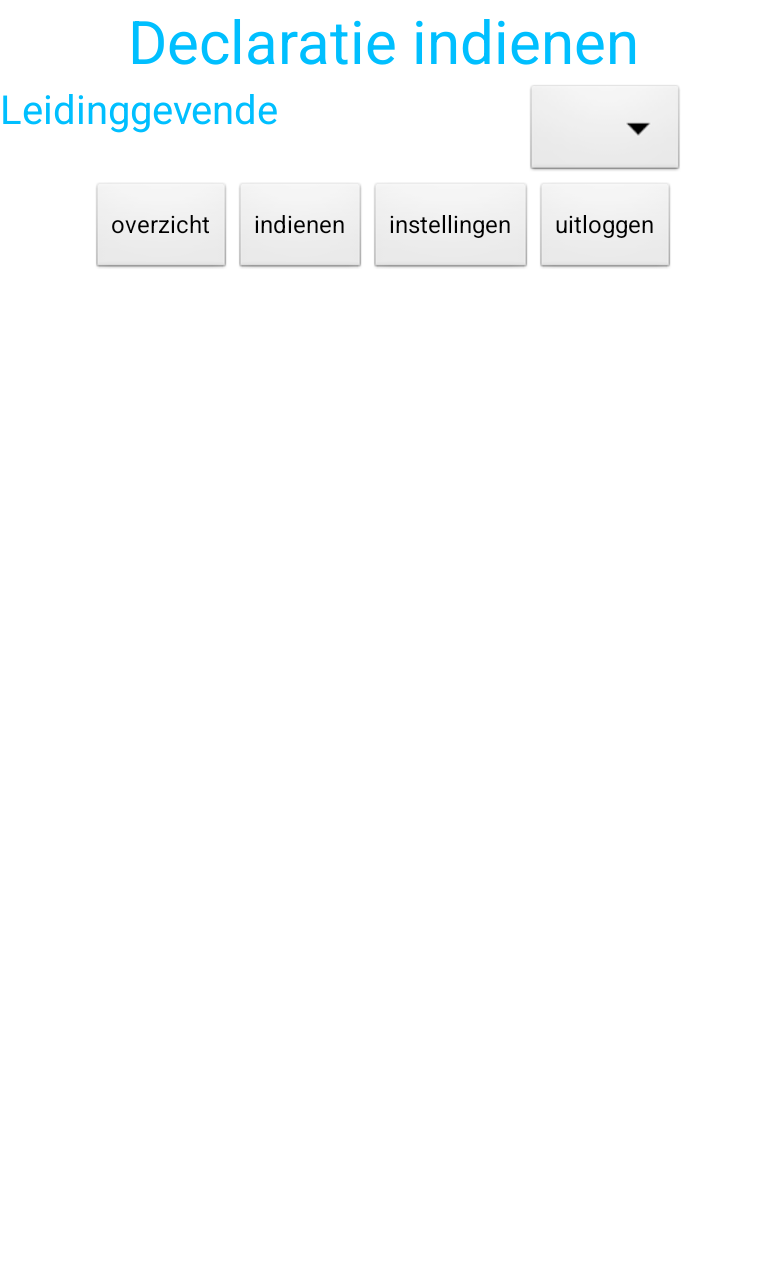
Repository: alexanderbolhuis/ilmoitus_mobile
Layout: LoginActivity/res/layout/activity_declare.xml
The author's editor kept a copy of each file at every save. The layout is drawn from the files as they stood at one save, then again after the next save.
It is drawn on a 768 x 1280 px phone screen (xhdpi) without system bars, with theme AppTheme; the app's code is not run.

Above is the layout before, as saved 2014-05-04 19:01:20.

### LoginActivity/res/layout/activity_declare.xml
<?xml version="1.0" encoding="utf-8"?>
<LinearLayout xmlns:android="http://schemas.android.com/apk/res/android"
    xmlns:tools="http://schemas.android.com/tools"
    android:layout_width="fill_parent"
    android:layout_height="fill_parent"
    android:orientation="vertical"
    tools:ignore="all" >

    <TextView
        android:id="@+id/person_title"
        android:layout_width="wrap_content"
        android:layout_height="wrap_content"
        android:layout_gravity="center_horizontal"
        android:text="Declaratie indienen"
        android:textColor="#00BFFF"
        android:textSize="30dp" />

    <TableLayout
        android:layout_width="fill_parent"
        android:layout_height="wrap_content"
        android:shrinkColumns="*"
        android:stretchColumns="*"
        android:orientation="vertical" >

        <TableRow
            android:id="@+id/tableRow1"
            android:layout_width="match_parent"
            android:layout_height="wrap_content"
            android:gravity="center_horizontal">

            <TextView
		        android:text="Leidinggevende"
		        android:textColor="#00BFFF"
		        android:textSize="20sp" />
            <Spinner
		      	android:id="@+id/spinner1"
		        android:layout_width="wrap_content"
		       	android:layout_height="50dp"
		       	android:prompt="@string/prompt_spinner"
		       	android:layout_gravity="center_horizontal"/>

        </TableRow>

	</TableLayout>

    <LinearLayout
        android:layout_width="match_parent"
        android:layout_height="wrap_content"
        android:gravity="center" >

        <!-- TODO: make icons for the buttons -->

        <Button
            android:id="@+id/buttonOvervieuw"
            android:layout_width="wrap_content"
            android:layout_height="wrap_content"
            android:onClick="onButtonClick"
            android:text="@string/overvieuw"
            android:textSize="12sp" />

        <Button
            android:id="@+id/buttonDeclare"
            android:layout_width="wrap_content"
            android:layout_height="wrap_content"
            android:onClick="onDeclareButtonClick"
            android:text="@string/declare"
            android:textSize="12sp" />

        <Button
            android:id="@+id/buttonSetting"
            android:layout_width="wrap_content"
            android:layout_height="wrap_content"
            android:onClick="onButtonClick"
            android:text="@string/settings"
            android:textSize="12sp" />

        <Button
            android:id="@+id/buttonLogout"
            android:layout_width="wrap_content"
            android:layout_height="wrap_content"
            android:onClick="onButtonClick"
            android:text="@string/log_out"
            android:textSize="12sp" />
    </LinearLayout>

</LinearLayout>

### LoginActivity/res/values/styles.xml
<?xml version="1.0" encoding="utf-8"?>
<resources>

    <!--
Base application theme, dependent on API level. This theme is replaced
by AppBaseTheme from res/values-vXX/styles.xml on newer devices.

-->
    <style name="AppBaseTheme" parent="android:Theme.Light">
        <!--
Theme customizations available in newer API levels can go in
res/values-vXX/styles.xml, while customizations related to
backward-compatibility can go here.

-->
    </style>

    <!-- Application theme. -->
    <style name="AppTheme" parent="android:Theme.Light">
        <!-- All customizations that are NOT specific to a particular API-level can go here. -->
    </style>

    <style name="LoginFormContainer">
        <item name="android:layout_width">match_parent</item>
        <item name="android:layout_height">wrap_content</item>
        <item name="android:padding">16dp</item>
    </style>
    <color name="coloredText">#0000FF</color>
    <color name="background">#FFFFFF</color>

</resources>

### LoginActivity/res/values/strings.xml
<?xml version="1.0" encoding="utf-8"?>
<resources>

    <string name="app_name">Ilmoitus</string>
    <string name="action_settings">Settings</string>
    <string name="hello_world">Hello world!</string>
    <string name="declare">indienen</string>
    <string name="log_out">uitloggen</string>
    <string name="overvieuw">overzicht</string>
    <string name="settings">instellingen</string>
    <string name="title_activity_declare">DeclareActivity</string>
    <string name="title_activity_declare_item">DeclareItemActivity</string>

    <string name="prompt_spinner"></string>

</resources>

After the next save:
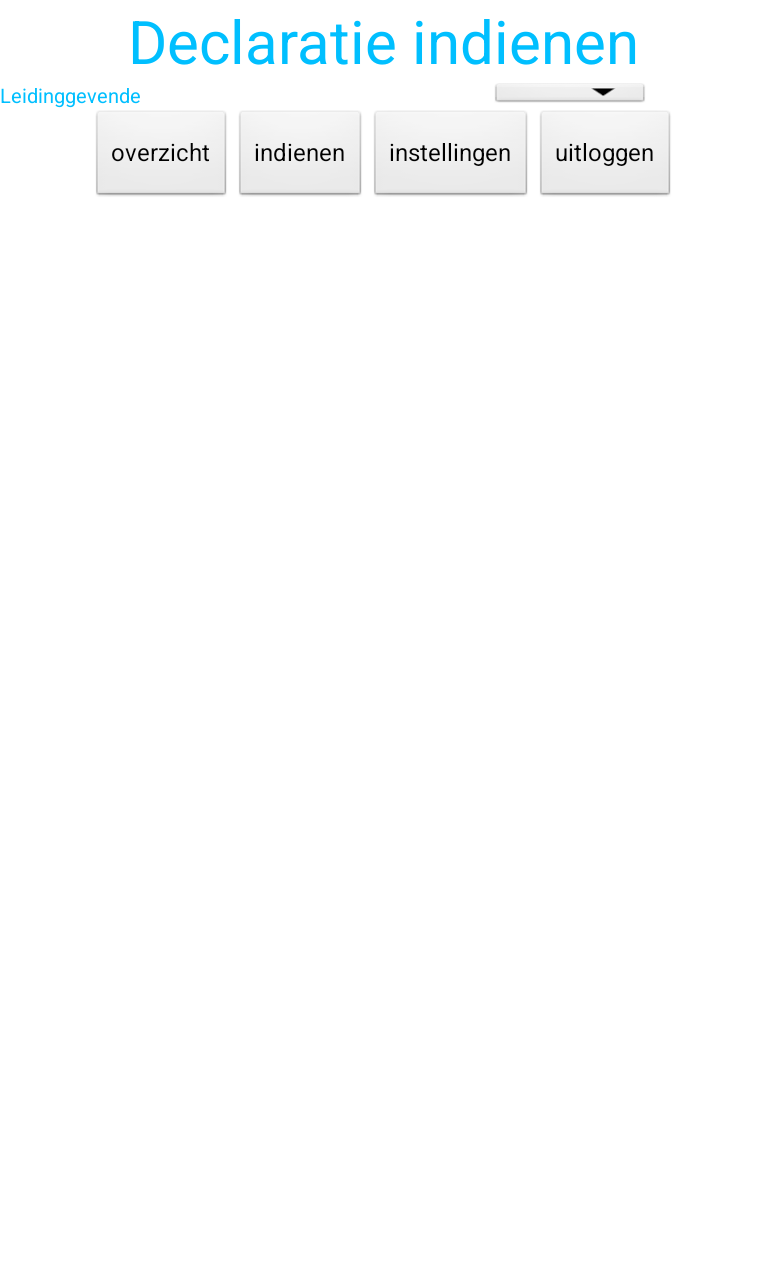
Saved 28 s later.
--- a/LoginActivity/res/layout/activity_declare.xml
+++ b/LoginActivity/res/layout/activity_declare.xml
@@ -31,11 +31,12 @@
             <TextView
 		        android:text="Leidinggevende"
 		        android:textColor="#00BFFF"
-		        android:textSize="20sp" />
+		        android:textSize="10dp" />
+
             <Spinner
 		      	android:id="@+id/spinner1"
 		        android:layout_width="wrap_content"
-		       	android:layout_height="50dp"
+		       	android:layout_height="fill_parent"
 		       	android:prompt="@string/prompt_spinner"
 		       	android:layout_gravity="center_horizontal"/>
 
